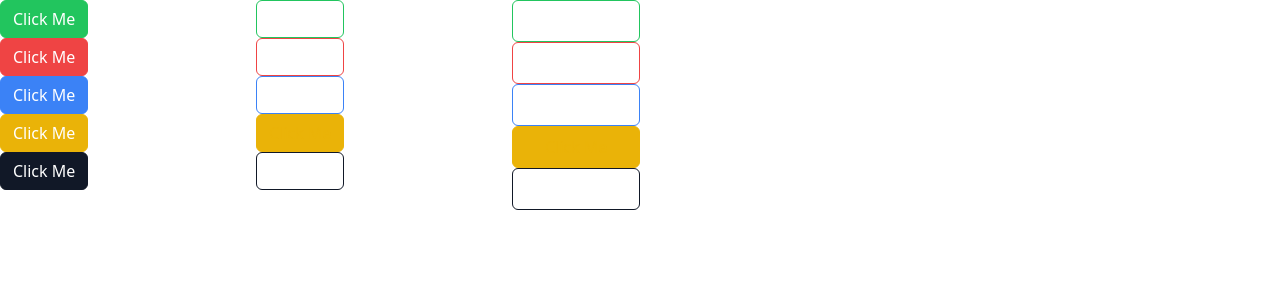
Repository: Marhamat92/reactroutefromstephen
Page: /
These files come from the project's save history. The page is drawn as it stood at one moment and after the next save; the edit follows.
The browser window is 1280 px wide. The pictures show the whole page.
The project was rebuilt for these pictures with package versions that can differ from the ones it lists, and the page was loaded fresh each time. Also part of the build but not shown: src/App.css.

Above is the page before, as saved 2022-12-21 15:33:08.

### src/App.tsx
import React from "react";
import "./App.css";
import Button from "./components/Buttons/Button";

function App() {
  return (
    <div>
      <div className='grid grid-cols-5'>
        <div className='lg:col-span-1'>
          <Button rounded success>
            Click Me
          </Button>
          <Button rounded danger>
            Click Me
          </Button>
          <Button rounded primary>
            Click Me
          </Button>
          <Button rounded warning>
            Click Me
          </Button>
          <Button rounded secondary>
            Click Me
          </Button>
        </div>
        <div className='lg:col-span-1'>
          <Button outline rounded success>
            Click Me
          </Button>
          <Button outline rounded danger>
            Click Me
          </Button>
          <Button outline rounded primary>
            Click Me
          </Button>
          <Button outline rounded warning>
            Click Me
          </Button>
          <Button outline rounded secondary>
            Click Me
          </Button>
        </div>
        <div className='lg:col-span-1'>
          <Button medium outline rounded success>
            Click Me
          </Button>
          <Button medium outline rounded danger>
            Click Me
          </Button>
          <Button medium outline rounded primary>
            Click Me
          </Button>
          <Button medium outline rounded warning>
            Click Me
          </Button>
          <Button medium outline rounded secondary>
            Click Me
          </Button>
        </div>
      </div>
    </div>
  );
}

export default App;

### src/components/Buttons/Button.tsx
import React from "react";
import className from "classnames";

type Props = {
  children: React.ReactNode;
  primary?: boolean;
  secondary?: boolean;
  success?: boolean;
  danger?: boolean;
  warning?: boolean;
  rounded?: boolean;
  outline?: boolean;
  className?: string;
  medium?: boolean;
  large?: boolean;
  rest?: any;
};

function Button({
  children,
  primary,
  secondary,
  success,
  danger,
  warning,
  rounded,
  outline,
  medium,
  large,
  ...rest
}: Props) {
  const classes = className(
    rest.className,
    "flex items-center px-3 py-1.5 border",
    {
      "border-blue-500 bg-blue-500 text-white": primary,
      "border-gray-900 bg-gray-900 text-white": secondary,
      "border-green-500 bg-green-500 text-white": success,
      "border-red-500 bg-red-500 text-white": danger,
      "border-yellow-500 bg-yellow-500 text-white": warning,
      "px-8 py-2": medium,
      "px-12 py-3": large,
      "rounded-md": rounded,
      "bg-white": outline,
      "text-blue-500": outline && primary,
      "text-gray-900": outline && secondary,
      "text-green-500": outline && success,
      "text-red-600": outline && danger,
      "text-yellow-500": outline && warning,
    }
  );

  return (
    <button {...rest} className={classes}>
      {children}
    </button>
  );
}

export default Button;

Loaded but not shown: public/index.html (common file); src/index.tsx (common file); src/index.css (common file); tailwind.config.js (common file)

After the next save:
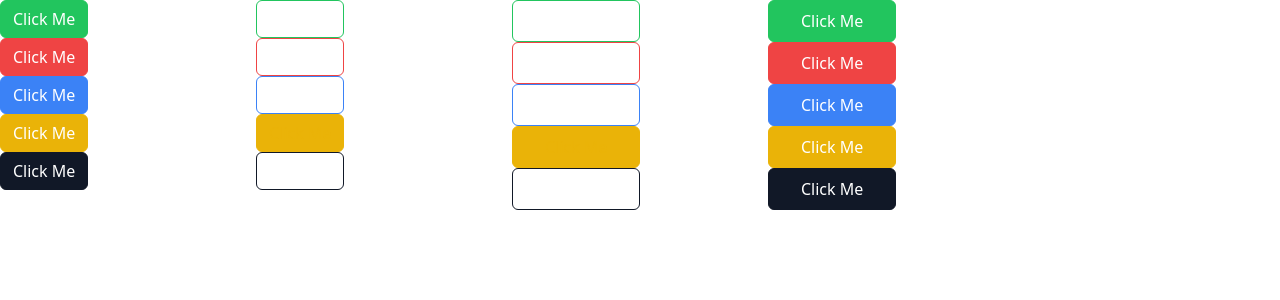
Saved 41 s later.
--- a/src/App.tsx
+++ b/src/App.tsx
@@ -57,6 +57,23 @@ function App() {
             Click Me
           </Button>
         </div>
+        <div className='lg:col-span-1'>
+          <Button medium rounded success>
+            Click Me
+          </Button>
+          <Button medium rounded danger>
+            Click Me
+          </Button>
+          <Button medium rounded primary>
+            Click Me
+          </Button>
+          <Button medium rounded warning>
+            Click Me
+          </Button>
+          <Button medium rounded secondary>
+            Click Me
+          </Button>
+        </div>
       </div>
     </div>
   );
